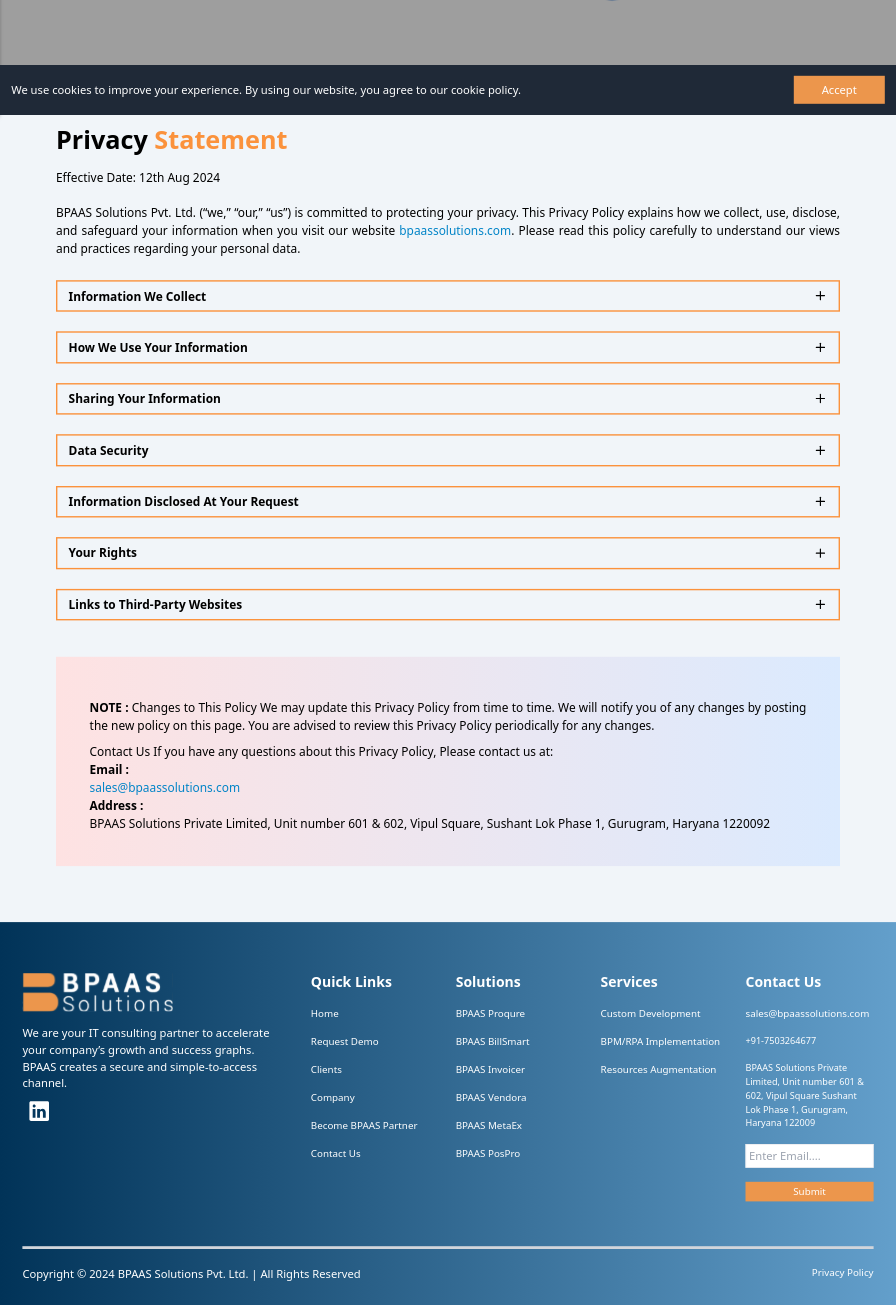
Repository: captainalpha/BP-Website
Page: /services/bp-services
The author's editor kept a copy of each file at every save. The page is drawn from the files as they stood at one save, then again after the next save.
The browser window is 1280 px wide. The pictures show the part of the page from y = 556 to 2476 px (the page is 2420 px tall before and 2476 px after), at 70% of full size.
Pictures or frames that could not be fetched are drawn as grey boxes. The project was rebuilt for these pictures with package versions that can differ from the ones it lists, and the page was loaded fresh each time. The framework's server and built-in components were replaced by stand-ins that run in the browser. Also part of the build but not shown: next.config.js, components/common/TopBanner.js, components/common/SectionHeader.js.

Above is the page before, as saved 2024-08-13 17:17:29.

### pages/_app.js
import Navbar from "../components/common/Navbar";
import "../styles/globals.css";
import Footer from "../components/common/Footer";

import "swiper/css";
import "swiper/css/navigation";
import "swiper/css/pagination";



import { motion, AnimatePresence } from "framer-motion";
import CookiesMain from "../components/common/CookiesMain";

// import styles from './slider.module.scss'
function MyApp({ Component, pageProps, router }) {
  const spring = {
    type: "spring",
    damping: 20,
    stiffness: 100,
    when: "afterChildren",
  };
  return (
    <>
      <div className="z-50 scroll-smooth">
        <Navbar />
      </div>
      <AnimatePresence>
        <div className="page-transition-wrapper">
          <motion.div
            transition={spring}
            key={router.pathname}
            initial={{ y: -300, opacity: 0 }}
            animate={{ y: 0, opacity: 1 }}
            exit={{ y: 300, opacity: 0 }}
            id="page-transition-container"
          >
            <Component {...pageProps} /> <Footer />{" "}
            <CookiesMain/>
          </motion.div>
        </div>
      </AnimatePresence>
    </>
  );
}

export default MyApp;

### pages/services/bp-services.js
import { useState } from "react";
import TopBanner from "../../components/common/TopBanner";
import SectionHeader from "../../components/common/SectionHeader";
import TopBanner2 from "../../components/common/TopBanner2";
import Image from "next/image";
import Link from "next/link";
import { FaArrowDown } from "react-icons/fa6";
import { MdChecklistRtl } from "react-icons/md";
import { BsCopy } from "react-icons/bs";
import { FiPlus } from "react-icons/fi";
import { AiOutlineMinus } from "react-icons/ai";


function BpServices() {
 const [expandedIndex, setExpandedIndex] = useState(null);

  const handleToggle = (index) => {
    setExpandedIndex(index === expandedIndex ? null : index);
  };
  const privacyStatement = [
    {
      heading: "Information We Collect",
      content: (
        <>
          <p
            className={`text-[18px] bg-gray-300 mt-2 p-3 rounded-md
          shadow-[rgba(0,_0,_0,_0.24)_0px_3px_8px] `}
          >
            <p className="text-[17px] text-justify mt-3">
              &ldquo;Personal data&rdquo; is defined to include information that
              whether on its own or in combination with other information may be
              used to readily identify or contact you such as: name, address,
              email address, phone number etc.
            </p>
            <p className="text-[17px] text-justify mt-3">
              <b>Personal Data :</b> We may collect personal identification
              information (such as name, email address, phone number) when you
              voluntarily submit it through our Site.
            </p>
            <p className="text-[17px] text-justify mt-3">
              <b>Usage Data :</b> We automatically collect information about your
              interaction with our Site, including IP address, browser type,
              operating system, and pages visited.
            </p>
          </p>
        </>
      ),
    },
    {
      heading: "How We Use Your Information",
      content: (
        <>
          <p className="text-[17px] text-justify mt-3">
            <b>To Provide Services :</b> We use your information to deliver the
            services you request. For internal record-keeping purposes.
          </p>
          <p className="text-[17px] text-justify mt-3">
            <b>To Improve Our Site :</b> We analyse usage data to enhance the
            functionality and user experience of our Site.
          </p>
          <p className="text-[17px] text-justify mt-3">
            <b>To Communicate :</b> We may use your contact information to respond
            to inquiries, send updates, and provide customer support. To
            periodically send promotional emails to the email address you provide
            regarding new products from BPAAS Solutions, special offers from BPAAS
            Solutions or other information about BPAAS Solutions that we think you
            may find interesting. For BPAAS Solutions market research purposes,
            including, but not limited to, the customization of the Website or
            Services according to your interests
          </p>
        </>
      ),
    },
    {
      heading: "Sharing Your Information",
      content: (
        <>
          <p className="text-[17px] text-justify mt-3">
            We do not sell, trade, or otherwise transfer your personal data to
            outside parties except as described in this policy. We may share
            information with trusted third parties who assist us in operating our
            Site, conducting our business, or servicing you, provided those
            parties agree to keep this information confidential.
          </p>
        </>
      ),
    },
    {
      heading: "Data Security",
      content: (
        <>
          <p className="text-[17px] text-justify mt-3">
            We implement a variety of procedural and technological security
            measures to maintain the safety of your personal information from
            unauthorized access or disclosure. BPAAS Solutions may use encryption,
            passwords, and physical security measures to help protect your
            personal information against unauthorized access and disclosure.
            However, no method of transmission over the internet or electronic
            storage is 100% secure.
          </p>
        </>
      ),
    },
    {
      heading: "Information Disclosed At Your Request",
      content: (
        <>
          <p className="text-[17px] text-justify mt-3">
            We may share your personal information with other users or third
            parties to whom you explicitly ask us to send your information or if
            you explicitly consent to such disclosure upon receipt of a specific
            Service.
          </p>
        </>
      ),
    },
    {
      heading: "Your Rights",
      content: (
        <>
          <p className="text-[17px] text-justify mt-3">
            You have the right to access, correct, or delete your personal data.
            You may also object to the processing of your data or request data
            portability. To exercise these rights, please contact us at&nbsp;
            <a
              className="text-sky-600 hover:text-[#fb923c]"
              href="mailto:sales@bpaassolutions.com"
            >
              sales@bpaassolutions.com
            </a>
          </p>
        </>
      ),
    },
    {
      heading: "Links to Third-Party Websites",
      content: (
        <>
          <p className="text-[17px] text-justify mt-3">
            Our website may contain links to external websites. We are not
            responsible for the privacy practices or content of these third-party
            sites. We encourage you to review their privacy policies before
            providing any personal information.
          </p>
        </>
      ),
    },
  ];
  return (
    <div>
      <div className="relative">
        <TopBanner2
          image={"/images/policy-service2.jpg"}
          title="Privacy Policy"
          discription="This Privacy Policy explains how we collect, use, disclose, and safeguard your information when you visit our website."
          btnShow={false}
        />
        <div className="absolute top-[1em] right-[10em]">
          <Image
            src="/images/privacypolicy2.png"
            className="w-1/2 mx-auto"
            width="500"
            height="500"
            alt="customer-developement"
          />
        </div>
      </div>

      <div className=" bg-slate-100  p-[5em]">
        <div className="container mx-auto max-w-6xl">
          <div className="text-left">
            <h1 className="lg:text-4xl text-3xl font-bold capitalize ">
              <span>Privacy</span>{" "}
              <span className="text-[#fb923c]">Statement</span>
            </h1>
          </div>

          <div className="mt-5 mb-8">
            <p className="text-[17px] text-justify">
              Effective Date: 12th Aug 2024 <br />
              <br /> BPAAS Solutions Pvt. Ltd. (&ldquo;we,&rdquo;
              &ldquo;our,&rdquo; &ldquo;us&rdquo;) is committed to protecting
              your privacy. This Privacy Policy explains how we collect, use,
              disclose, and safeguard your information when you visit our
              website&nbsp;
              <Link passHref href="/">
                <a className="text-sky-600 hover:text-[#fb923c]">
                  bpaassolutions.com
                </a>
              </Link>
              . Please read this policy carefully to understand our views and
              practices regarding your personal data.
            </p>
          </div>

          {privacyStatement?.map((item, ind) => (
        <div key={ind} className="max-w-[1200px] mx-auto mb-4">
          <div
            className={`px-4 py-2 mt-4 shadow-md transition-colors duration-500 ease-out cursor-pointer ${
              expandedIndex === ind ? "bg-[#fb923c]" : "border-[#fb923c] border-2"
            }`}
            onClick={() => handleToggle(ind)}
          >
            <div className="flex justify-between items-center">
              <h3 className="text-[17px] font-sans font-semibold">
                {item?.heading}
              </h3>
              <div className="transition-transform duration-500 ease-out">
                {expandedIndex === ind ? (
                  <AiOutlineMinus className="text-xl" />
                ) : (
                  <FiPlus className="text-xl" />
                )}
              </div>
            </div>
          </div>
          <div
            className={`overflow-hidden transition-all duration-500 ease-out ${
              expandedIndex === ind ? "max-h-[1000px] opacity-100 mt-3" : "max-h-0 opacity-0 mt-3"
            }`}
          >
            <div className="p-4 border-t-2 border-[#fb923c] bg-white">
              {item?.content}
            </div>
          </div>
        </div>
      ))}



          {/* <div className="mt-[2em]">
            <h1 className="text-[20px] font-bold text-[#fb923c]">
              Information We Collect
            </h1>
            <p className="text-[17px] text-justify mt-3">
              &ldquo;Personal data&rdquo; is defined to include information that
              whether on its own or in combination with other information may be
              used to readily identify or contact you such as: name, address,
              email address, phone number etc.
            </p>
            <p className="text-[17px] text-justify mt-3">
              <b>Personal Data :</b> We may collect personal identification
              information (such as name, email address, phone number) when you
              voluntarily submit it through our Site.
            </p>
            <p className="text-[17px] text-justify mt-3">
              <b>Usage Data :</b> We automatically collect information about
              your interaction with our Site, including IP address, browser
              type, operating system, and pages visited.
            </p>
          </div> */}

          {/* <div className="mt-[2em]">
            <h1 className="text-[20px] font-bold text-[#fb923c]">
              How We Use Your Information
            </h1>
            <p className="text-[17px] text-justify mt-3">
              <b>To Provide Services :</b> We use your information to deliver
              the services you request. For internal record-keeping purposes.
            </p>
            <p className="text-[17px] text-justify mt-3">
              <b>To Improve Our Site :</b> We analyse usage data to enhance the
              functionality and user experience of our Site.
            </p>
            <p className="text-[17px] text-justify mt-3">
              <b>To Communicate :</b> We may use your contact information to
              respond to inquiries, send updates, and provide customer support.
              To periodically send promotional emails to the email address you
              provide regarding new products from BPAAS Solutions, special
              offers from BPAAS Solutions or other information about BPAAS
              Solutions that we think you may find interesting. For BPAAS
              Solutions market research purposes, including, but not limited to,
              the customization of the Website or Services according to your
              interests
            </p>
          </div> */}

          {/* <div className="mt-[2em]">
            <h1 className="text-[20px] font-bold text-[#fb923c]">
              Sharing Your Information
            </h1>
            <p className="text-[17px] text-justify mt-3">
              We do not sell, trade, or otherwise transfer your personal data to
              outside parties except as described in this policy. We may share
              information with trusted third parties who assist us in operating
              our Site, conducting our business, or servicing you, provided
              those parties agree to keep this information confidential.
            </p>
          </div> */}

          {/* <div className="mt-[2em]">
            <h1 className="text-[20px] font-bold text-[#fb923c]">
              Data Security
            </h1>
            <p className="text-[17px] text-justify mt-3">
              We implement a variety of procedural and technological security
              measures to maintain the safety of your personal information from
              unauthorized access or disclosure. BPAAS Solutions may use
              encryption, passwords, and physical security measures to help
              protect your personal information against unauthorized access and
              disclosure. However, no method of transmission over the internet
              or electronic storage is 100% secure.
            </p>
          </div> */}

          {/* <div className="mt-[2em]">
            <h1 className="text-[20px] font-bold text-[#fb923c]">
              Information Disclosed At Your Request
            </h1>
            <p className="text-[17px] text-justify mt-3">
              We may share your personal information with other users or third
              parties to whom you explicitly ask us to send your information or
              if you explicitly consent to such disclosure upon receipt of a
              specific Service.
            </p>
          </div> */}

          {/* <div className="mt-[2em]">
            <h1 className="text-[20px] font-bold text-[#fb923c]">
              Your Rights
            </h1>
            <p className="text-[17px] text-justify mt-3">
              You have the right to access, correct, or delete your personal
              data. You may also object to the processing of your data or
              request data portability. To exercise these rights, please contact
              us at&nbsp;
              <a
                className="text-sky-600 hover:text-[#fb923c]"
                href="mailto:sales@bpaassolutions.com"
              >
                sales@bpaassolutions.com
              </a>
            </p>
          </div> */}

          {/* <div className="mt-[2em]">
            <h1 className="text-[20px] font-bold text-[#fb923c]">
              Links to Third-Party Websites
            </h1>
            <p className="text-[17px] text-justify mt-3">
              Our website may contain links to external websites. We are not
              responsible for the privacy practices or content of these
              third-party sites. We encourage you to review their privacy
              policies before providing any personal information.
            </p>
          </div> */}

          <div className="mt-[2em]  lg:mt-10 md:mt-10 xl:mt-10 bg-gradient-to-r from-red-100 to-blue-100 p-2 md:p-[3em]">
            <p className="text-[17px] text-justify mt-3">
              <b>NOTE : </b> Changes to This Policy We may update this Privacy
              Policy from time to time. We will notify you of any changes by
              posting the new policy on this page. You are advised to review
              this Privacy Policy periodically for any changes.
            </p>
            <p className="text-[17px] text-justify mt-3">
              Contact Us If you have any questions about this Privacy Policy,
              Please contact us at:
              <br />
              <b>Email : </b>
              <br />
              <a
                className="text-sky-600 hover:text-[#fb923c]"
                href="mailto:sales@bpaassolutions.com"
              >
                sales@bpaassolutions.com
              </a>
              <br />
              <b>Address :</b>
              <br />
              BPAAS Solutions Private Limited, Unit number 601 & 602, Vipul
              Square, Sushant Lok Phase 1, Gurugram, Haryana 1220092
            </p>
          </div>
        </div>
      </div>
    </div>
  );
}

export default BpServices;

### styles/globals.css
@tailwind base;
@tailwind components;
@tailwind utilities;

.mySwiper {
  padding: 0 3rem;
}
.swiper-button-next {
  color: white;
  font-size: 20px !important;
}
.swiper-button-prev {
  color: white;
  font-size: 20px !important;
}
.swiper-button-prev:after {
  color: white;
  font-size: 20px !important;
}
.swiper-button-next:after {
  color: white;
  font-size: 20px !important;
}
.container-bpaas{
  max-width: 1100px;
}

/* .swiper-button-prev {

  background-image: url("data:[embedded picture, 251 characters]");
} */
.swiper-button-prev:after {

  border: 2px solid white;
  border-radius: 30%;
  /* width: 25%; */
  background: #ec964c;
  padding: 20%;
}
/* .swiper-button-next {
  background-image: url("data:[embedded picture, 251 characters]");
} */
.swiper-button-next:after {

  border: 2px solid white;
  border-radius: 30%;
  /* width: 25%; */
  background: #ec964c;
  padding: 20%;
}

@media only screen and (max-width: 600px) {
  .swiper-button-next:after {
    display: none;
  }
}
@media only screen and (max-width: 600px) {
  .swiper-button-prev:after {
    display: none;
  }
}




/*OEM Modal */
@layer utilities {
  @keyframes modalOpen {
    0% {
      clip-path: polygon(0 0, 0 0, 0 100%, 0 100%);
      opacity: 0;
    }
    100% {
      clip-path: polygon(0 0, 100% 0, 100% 100%, 0 100%);
      opacity: 1;
    }
  }

  @keyframes modalClose {
    0% {
      clip-path: polygon(0 0, 100% 0, 100% 100%, 0 100%);
      opacity: 1;
    }
    100% {
      clip-path: polygon(50% 0, 50% 0, 50% 100%, 50% 100%);
      opacity: 0;
    }
  }

  .animate-modalOpen {
    animation: modalOpen 0.5s forwards;
  }

  .animate-modalClose {
    animation: modalClose 0.5s forwards;
  }

  .custom-aspect-ratio {
    box-shadow: rgba(149, 157, 165, 0.2) 0px 8px 24px;
    aspect-ratio: 3 / 2;
  }
}

### components/common/CookiesMain.js
import { useState, useEffect } from 'react';
import Cookies from 'js-cookie';


const CookiesMain = () => {
    const [showBanner, setShowBanner] = useState(false);

  useEffect(() => {
    const consent = Cookies.get('cookie-consent');
    if (!consent) {
      setShowBanner(true);
    }
  }, []);

  const acceptCookies = () => {
    Cookies.set('cookie-consent', 'true', { expires: 365 });
    setShowBanner(false);
  };

  if (!showBanner) return null;
  return (
    <>

    <div className="fixed bottom-0 left-0 right-0 bg-gray-800 text-white p-4 flex justify-between items-center z-50">
      <span>We use cookies to improve your experience. By using our website, you agree to our cookie policy.</span>
      <button
        onClick={acceptCookies}
        className="bg-orange text-white px-4 md:px-10 py-2"
      >
        Accept
      </button>
    </div>

    </>
  )
}
export default CookiesMain

### components/common/TopBanner2.js
import Link from "next/link";
function TopBanner2({ image, title, discription, onClick,btnShow}) {
  return (
    <div
      style={{ backgroundImage: `url(${image})` }}
      className={`lg:h-[80vh] h-[60vh] mt-20 w-full text-white flex p-10 items-center bg-no-repeat bg-cover `}
    >
      <div className="space-y-4 lg:w-1/2  md:text-left">
        <h1 className="lg:text-5xl text-3xl font-bold capitalize ">{title}</h1>
        <p className="w-full lg:text-xl lg:text-justify tracking-tighter">
          {discription}
        </p>
    {btnShow&&(
        <Link passHref href="/request-demo">
          <button className="px-8 py-2  border-white border-2 hover:bg-orange font-medium text-xl">
            Request Demo
          </button>
        </Link>
    )}
      </div>
    </div>
  );
}

export default TopBanner2;

### tailwind.config.js
module.exports = {
  content: [
    "./pages/**/*.{js,ts,jsx,tsx}",
    "./components/**/*.{js,ts,jsx,tsx}",
  ],
  theme: {
    extend: {
      keyframes: {
        modalOpen: {
          '0%': { transform: 'scale(0)', opacity: 0 },
          '100%': { transform: 'scale(1)', opacity: 1 },
        },
        modalClose: {
          '0%': { transform: 'scale(1)', opacity: 1 },

        },
        fragmentIn: {
          '0%': { opacity: 0, transform: 'translate(-50px, -50px)' },
          '100%': { opacity: 1, transform: 'translate(0, 0)' },
        },
        fragmentOut: {
          '0%': { opacity: 1, transform: 'translate(0, 0)' },
          '100%': { opacity: 0, transform: 'translate(50px, 50px)' },
        },

      },
      animation: {
        modalOpen: 'modalOpen 0.5s ease-out forwards',
        modalClose: 'modalClose 0.5s ease-in forwards',
        fragmentIn: 'fragmentIn 0.5s ease-out forwards',
        fragmentOut: 'fragmentOut 0.5s ease-in forwards',
      },
      backgroundImage: {
        "testimonial-bg": "url('/img/hero-pattern.svg')",
        "testimonial-bgs": "url('/')",
      },
      colors: {
        primary: "#013358",
        secondary: "#639FCB",
        primaryText: "#1D669C",
        orange: "#EC964C",
        glassEffect:
          "linear-gradient(105.47deg, #FFFFFF -13.63%, rgba(255, 255, 255, 0) 108.8%)",
      },
      backgroundSize: {
        "size-200": "200% 200%",
      },
      backgroundPosition: {
        "pos-0": "0% 0%",
        "pos-100": "100% 100%",
      },
    },
    variants: {
      fill: ["hover", "focus"],
    },
    boxShadow: {
      "3xl": "0 35px 60px -15px rgba(0, 0, 0, 0.3)",
    },
  },
  plugins: [],
};

Loaded but not shown: components/common/Navbar.js (726 lines, source omitted); components/common/Footer.js (194 lines, source omitted)

After the next save:
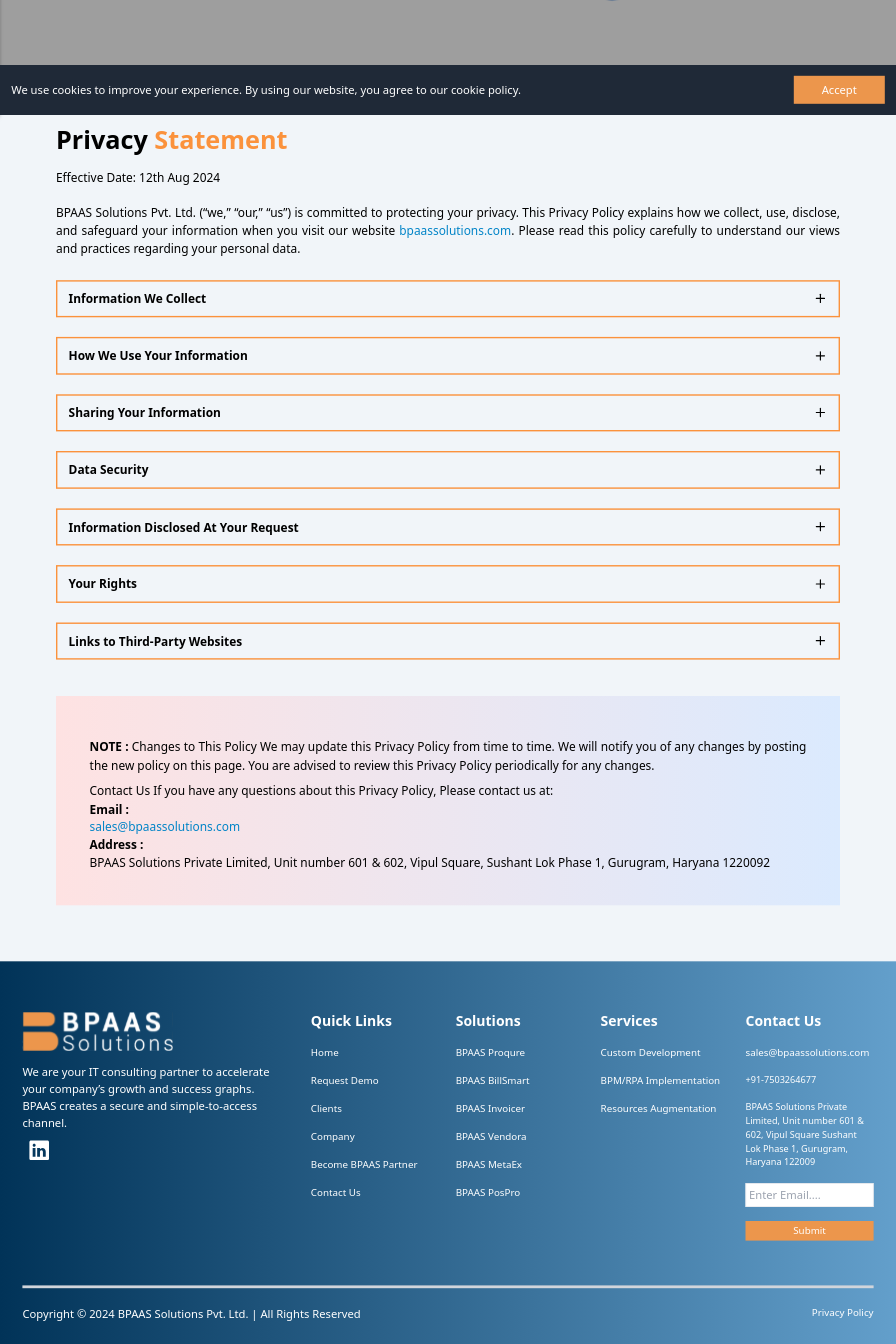
Saved 7 s later.
--- a/pages/services/bp-services.js
+++ b/pages/services/bp-services.js
@@ -196,7 +196,7 @@
           {privacyStatement?.map((item, ind) => (
         <div key={ind} className="max-w-[1200px] mx-auto mb-4">
           <div
-            className={`px-4 py-2 mt-4 shadow-md transition-colors duration-500 ease-out cursor-pointer ${
+            className={`px-4 py-3 mt-4 shadow-md transition-colors duration-500 ease-out cursor-pointer ${
               expandedIndex === ind ? "bg-[#fb923c]" : "border-[#fb923c] border-2"
             }`}
             onClick={() => handleToggle(ind)}
